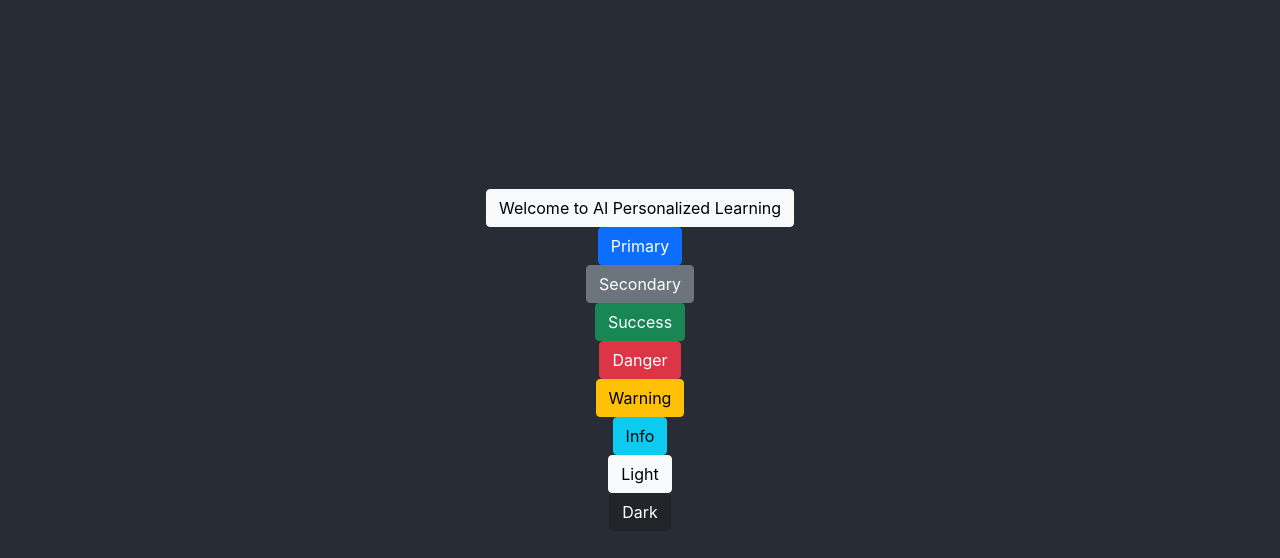
Repository: SP23-CSCE482/team_hunnid_app
Page: /
An editor plug-in stored every save of this project. The page is shown before and after a run of saves, followed by the edit.
The browser window is 1280 px wide. The pictures show the whole page.
The project was rebuilt for these pictures with package versions that can differ from the ones it lists, and the page was loaded fresh each time.

Above is the page before, as saved 2023-02-08 20:04:18.

### public/index.html
<!DOCTYPE html>
<html lang="en">
  <head>
    <meta charset="utf-8" />
    <link rel="icon" href="%PUBLIC_URL%/favicon.ico" />
    <meta name="viewport" content="width=device-width, initial-scale=1" />
    <meta name="theme-color" content="#000000" />
    <meta
      name="description"
      content="Web site created using create-react-app"
    />
    <link rel="apple-touch-icon" href="%PUBLIC_URL%/logo192.png" />
    <!--
      manifest.json provides metadata used when your web app is installed on a
      user's mobile device or desktop. See https://developers.google.com/web/fundamentals/web-app-manifest/
    -->
    <link rel="manifest" href="%PUBLIC_URL%/manifest.json" />
    <!--
      Notice the use of %PUBLIC_URL% in the tags above.
      It will be replaced with the URL of the `public` folder during the build.
      Only files inside the `public` folder can be referenced from the HTML.

      Unlike "/favicon.ico" or "favicon.ico", "%PUBLIC_URL%/favicon.ico" will
      work correctly both with client-side routing and a non-root public URL.
      Learn how to configure a non-root public URL by running `npm run build`.
    -->
    <title>React App</title>
    <link
      rel="stylesheet"
      href="https://cdn.jsdelivr.net/npm/bootstrap@5.1.3/dist/css/bootstrap.min.css"
      integrity="sha384-1BmE4kWBq78iYhFldvKuhfTAU6auU8tT94WrHftjDbrCEXSU1oBoqyl2QvZ6jIW3"
      crossorigin="anonymous"
    />
  </head>
  <body>
    <noscript>You need to enable JavaScript to run this app.</noscript>
    <div id="root"></div>
    <script
      src="https://cdn.jsdelivr.net/npm/bootstrap@5.1.3/dist/js/bootstrap.bundle.min.js"
      integrity="sha384-ka7Sk0Gln4gmtz2MlQnikT1wXgYsOg+OMhuP+IlRH9sENBO0LRn5q+8nbTov4+1p"
      crossorigin="anonymous"
    ></script>

    <!--
      This HTML file is a template.
      If you open it directly in the browser, you will see an empty page.

      You can add webfonts, meta tags, or analytics to this file.
      The build step will place the bundled scripts into the <body> tag.

      To begin the development, run `npm start` or `yarn start`.
      To create a production bundle, use `npm run build` or `yarn build`.
    -->
  </body>
</html>

### src/App.js
import logo from './logo.svg'
import './App.css'

function App() {
  return (
    <div className="App">
      <header className="App-header">
        <button type="button" className="btn btn-light">
          Welcome to AI Personalized Learning
        </button>
        <button type="button" class="btn btn-primary">
          Primary
        </button>
        <button type="button" class="btn btn-secondary">
          Secondary
        </button>
        <button type="button" class="btn btn-success">
          Success
        </button>
        <button type="button" class="btn btn-danger">
          Danger
        </button>
        <button type="button" class="btn btn-warning">
          Warning
        </button>
        <button type="button" class="btn btn-info">
          Info
        </button>
        <button type="button" class="btn btn-light">
          Light
        </button>
        <button type="button" class="btn btn-dark">
          Dark
        </button>
      </header>
      {/* <header className="App-header">
        <img src={logo} className="App-logo" alt="logo" />
        <p>
          Edit <code>src/App.js</code> and save to reload.
        </p>
        <a
          className="App-link"
          href="https://reactjs.org"
          target="_blank"
          rel="noopener noreferrer"
        >
          Learn React
        </a>
      </header> */}
    </div>
  )
}

export default App

Loaded but not shown: src/index.js (common file); src/index.css (common file); src/reportWebVitals.js (common file); src/App.css (common file)

After the next 2 saves:
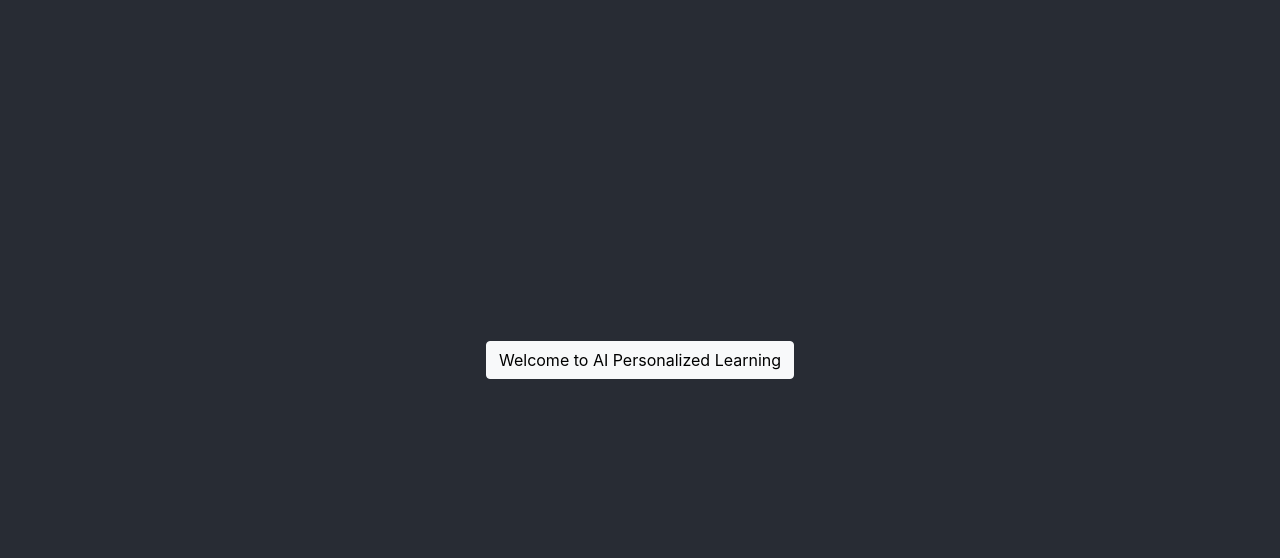
The 2 saves are shown as one change because they came seconds apart.
The last was saved 7 s later.
--- a/src/App.js
+++ b/src/App.js
@@ -5,32 +5,8 @@ function App() {
   return (
     <div className="App">
       <header className="App-header">
-        <button type="button" className="btn btn-light">
+        <button type="button" class="btn btn-light">
           Welcome to AI Personalized Learning
-        </button>
-        <button type="button" class="btn btn-primary">
-          Primary
-        </button>
-        <button type="button" class="btn btn-secondary">
-          Secondary
-        </button>
-        <button type="button" class="btn btn-success">
-          Success
-        </button>
-        <button type="button" class="btn btn-danger">
-          Danger
-        </button>
-        <button type="button" class="btn btn-warning">
-          Warning
-        </button>
-        <button type="button" class="btn btn-info">
-          Info
-        </button>
-        <button type="button" class="btn btn-light">
-          Light
-        </button>
-        <button type="button" class="btn btn-dark">
-          Dark
         </button>
       </header>
       {/* <header className="App-header">
